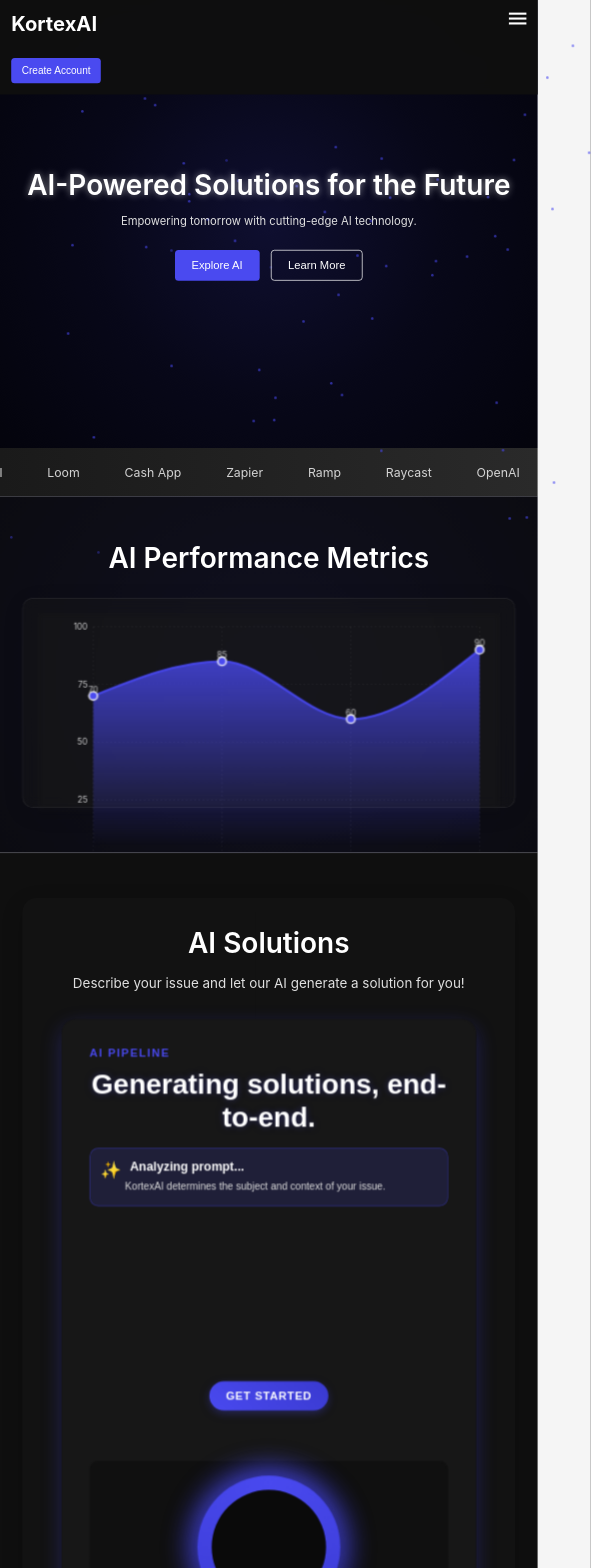
Repository: Rayyy-dev/Kortex-AI
Page: /
The author's editor kept a copy of each file at every save. The page is drawn from the files as they stood at one save, then again after a run of saves.
The browser window is 768 px wide. The page is 844 px wide, so the pictures cover 844 px, including what lies to the right of the window. The pictures show the part of the page from y = 0 to 2240 px (the page is 4079 px tall before and 4179 px after), at 70% of full size.
The project was rebuilt for these pictures with package versions that can differ from the ones it lists, and the page was loaded fresh each time.

Above is the page before, as saved 2024-10-15 20:31:19.

After the next 2 saves:
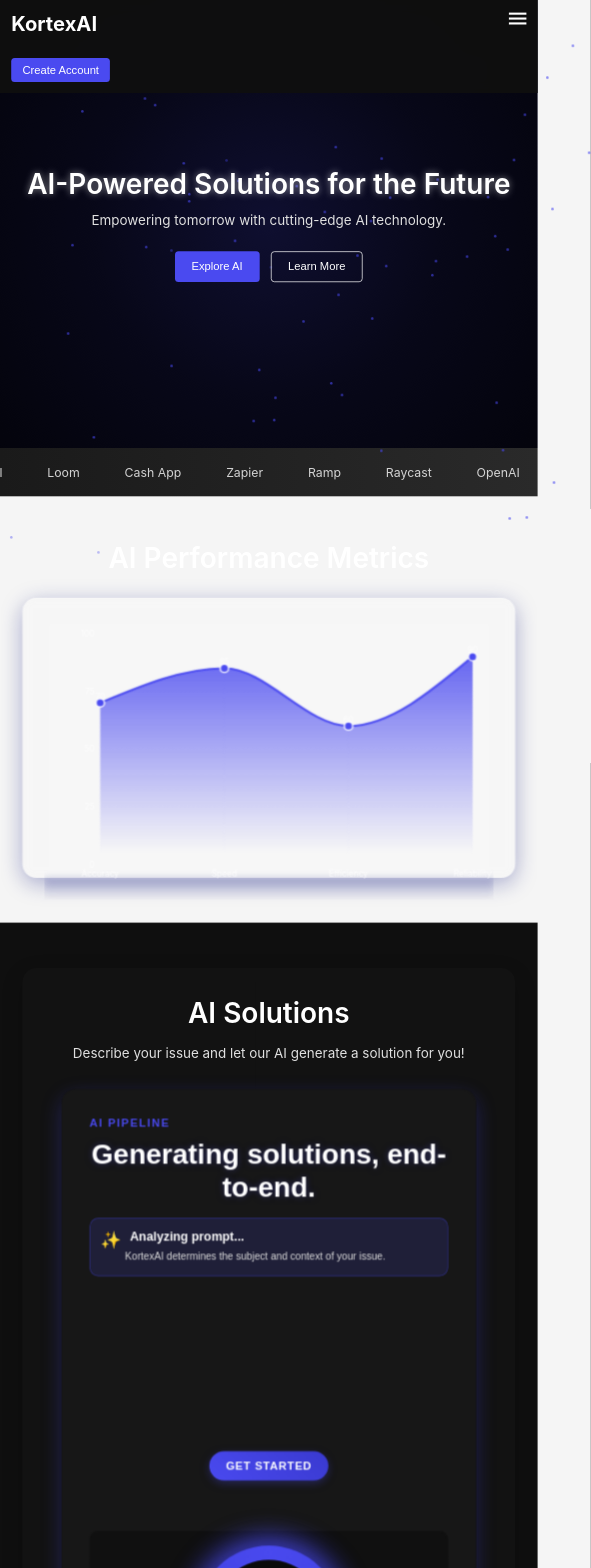
The 2 saves are shown as one change because they came seconds apart.
The last was saved 24 s later.
--- a/src/App.css
+++ b/src/App.css
@@ -404,77 +404,6 @@
   box-shadow: 0 0 30px rgba(74, 74, 240, 0.2);
 }
 
-/* Recharts Customization */
-.recharts-cartesian-grid-horizontal line,
-.recharts-cartesian-grid-vertical line {
-  stroke: #2a2a2a;
-}
-
-.recharts-text {
-  fill: #ffffff;
-  font-size: 0.9rem;
-}
-
-.recharts-line {
-  filter: drop-shadow(0 0 8px rgba(74, 74, 240, 0.6));
-}
-
-.recharts-tooltip-wrapper {
-  filter: drop-shadow(0 0 10px rgba(74, 74, 240, 0.8));
-}
-
-.custom-tooltip {
-  background-color: rgba(26, 26, 26, 0.9);
-  border: 1px solid #4a4af0;
-  padding: 10px;
-  border-radius: 5px;
-  box-shadow: 0 0 15px rgba(74, 74, 240, 0.4);
-}
-
-.custom-tooltip .label {
-  color: #ffffff;
-  font-size: 0.9rem;
-  margin: 0;
-}
-
-/* Media Queries */
-@media (max-width: 768px) {
-  .header {
-    padding: 20px;
-  }
-
-  .nav ul {
-    gap: 10px;
-  }
-
-  .nav ul li {
-    padding: 5px 10px;
-    font-size: 0.9rem;
-  }
-
-  .create-account-btn {
-    padding: 10px 15px;
-    font-size: 0.9rem;
-  }
-
-  .main-title {
-    font-size: 2rem;
-  }
-
-  .main-subtitle {
-    font-size: 1rem;
-  }
-
-  .graph-container {
-    height: 300px;
-    padding: 10px;
-  }
-
-  .graph-title {
-    font-size: 1.5rem;
-  }
-}
-
 /* Parallax Section */
 .parallax-section {
   position: relative;
@@ -1087,21 +1016,9 @@
 
 /* Performance Metrics Section */
 .performance-metrics {
-  background-color: #0a0a0a;
   padding: 4rem 2rem;
   position: relative;
   overflow: hidden;
-}
-
-.performance-metrics::before {
-  content: '';
-  position: absolute;
-  top: -50%;
-  left: -50%;
-  right: -50%;
-  bottom: -50%;
-  background: radial-gradient(circle at center, rgba(74, 74, 240, 0.1) 0%, transparent 70%);
-  animation: pulse 10s infinite alternate;
 }
 
 .performance-metrics h2 {
@@ -1115,13 +1032,13 @@
 .graph-container {
   position: relative;
   z-index: 1;
-  background: rgba(26, 26, 26, 0.4);
-  border-radius: 15px;
-  padding: 20px;
-  box-shadow: 0 8px 32px rgba(0, 0, 0, 0.1);
-  backdrop-filter: blur(10px);
+  background: rgba(255, 255, 255, 0.1);
+  border-radius: 20px;
+  padding: 30px;
+  box-shadow: 0 8px 32px rgba(31, 38, 135, 0.37);
+  backdrop-filter: blur(8px);
+  border: 1px solid rgba(255, 255, 255, 0.18);
   animation: fadeInUp 1s ease-out;
-  border: 1px solid rgba(255, 255, 255, 0.1);
 }
 
 .recharts-wrapper {
@@ -1130,7 +1047,7 @@
 
 .recharts-cartesian-grid-horizontal line,
 .recharts-cartesian-grid-vertical line {
-  stroke: rgba(255, 255, 255, 0.1);
+  stroke: rgba(255, 255, 255, 0.2);
 }
 
 .recharts-text {
@@ -1143,8 +1060,49 @@
 }
 
 .recharts-tooltip-wrapper {
-  background-color: rgba(26, 26, 26, 0.8);
-  border: 1px solid rgba(255, 255, 255, 0.1);
+  background-color: rgba(255, 255, 255, 0.1);
+  border: 1px solid rgba(255, 255, 255, 0.2);
+  border-radius: 10px;
+  box-shadow: 0 4px 20px rgba(0, 0, 0, 0.1);
+  backdrop-filter: blur(10px);
+}
+
+.custom-tooltip {
+  background-color: transparent;
+  padding: 10px;
+  border-radius: 5px;
+}
+
+.custom-tooltip .label {
+  color: rgba(255, 255, 255, 0.9);
+  font-size: 0.9rem;
+  margin: 0;
+}
+
+.recharts-active-dot {
+  filter: drop-shadow(0 0 5px rgba(74, 74, 240, 0.8));
+}
+
+@keyframes fadeInUp {
+  from {
+    opacity: 0;
+    transform: translateY(20px);
+  }
+  to {
+    opacity: 1;
+    transform: translateY(0);
+  }
+}
+
+@keyframes drawChart {
+  from {
+    opacity: 0;
+    transform: translateY(20px);
+  }
+  to {
+    opacity: 1;
+    transform: translateY(0);
+  }
 }
 
 @import url('https://fonts.googleapis.com/css2?family=Inter:wght@300;400;600;700&display=swap');
